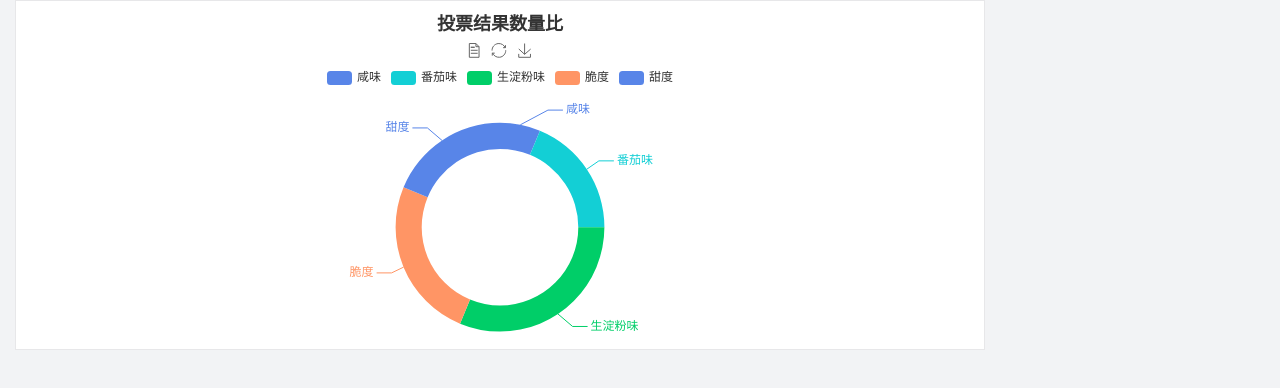
Repository: R1Deemo/vote_system
Page: web/home/results.html
An editor plug-in stored every save of this project. The page is shown before and after the next save, followed by the edit.
The browser window is 1280 px wide. The pictures show the whole page.

Above is the page before, as saved 2022-11-07 09:57:01.

### web/home/results.html
<!DOCTYPE html>
<html lang="en">

<head>
    <meta charset="UTF-8">
    <meta http-equiv="X-UA-Compatible" content="IE=edge">
    <meta name="viewport" content="width=device-width, initial-scale=1.0">
    <title>Document</title>
    <link rel="stylesheet" href="../../web/assets/lib/bootstrap.css" />
    <link rel="stylesheet" href="../../web/assets/lib/main.css" />
    <script src="../../web/assets/lib/jquery.js"></script>
    <script type="text/javascript" src="../../web/assets/lib/echarts.min.js"></script>
</head>

<body>
    <div class="container-fluid">
        <div class="row curve-pie">

            <div class="col-lg-4 col-md-4" style="width:1000px ;">
                <div class="gragh_pannel" id="pie_show"></div>
            </div>
        </div>
    </div>
    <script>
        var oPie = echarts.init(document.getElementById('pie_show'));
        var oPieopt = {
            title: {
                top: 10,
                text: '投票结果数量比',
                x: 'center'
            },
            tooltip: {
                trigger: 'item',
                formatter: "{a} <br/>{b} : {c} ({d}%)"
            },
            color: ['#5885e8', '#13cfd5', '#00ce68', '#ff9565'],
            legend: {
                x: 'center',
                top: 65,
                data: ['咸味', '番茄味', '生淀粉味', '脆度', '甜度']
            },
            toolbox: {
                show: true,
                x: 'center',
                top: 35,
                feature: {
                    mark: {
                        show: true
                    },
                    dataView: {
                        show: true,
                        readOnly: false
                    },
                    magicType: {
                        show: true,
                        type: ['pie', 'funnel'],
                        option: {
                            funnel: {
                                x: '25%',
                                width: '50%',
                                funnelAlign: 'left',
                                max: 1548
                            }
                        }
                    },
                    restore: {
                        show: true
                    },
                    saveAsImage: {
                        show: true
                    }
                }
            },
            calculable: true,
            series: [{

                name: '访问来源',
                type: 'pie',
                radius: ['45%', '60%'],
                center: ['50%', '65%'],
                data: [{
                    value: 1,
                    name: '咸味'
                }, {
                    value: 3,
                    name: '番茄味'
                }, {
                    value: 5,
                    name: '生淀粉味'
                }, {
                    value: 4,
                    name: '脆度'
                }, {
                    value: 3,
                    name: '甜度'
                }]
            }]
        };
        oPie.setOption(oPieopt);
    </script>
</body>

</html>

Loaded but not shown: web/assets/lib/bootstrap.css (library); web/assets/lib/main.css (library); web/assets/lib/jquery.js (library); web/assets/lib/echarts.min.js (library)

After the next save:
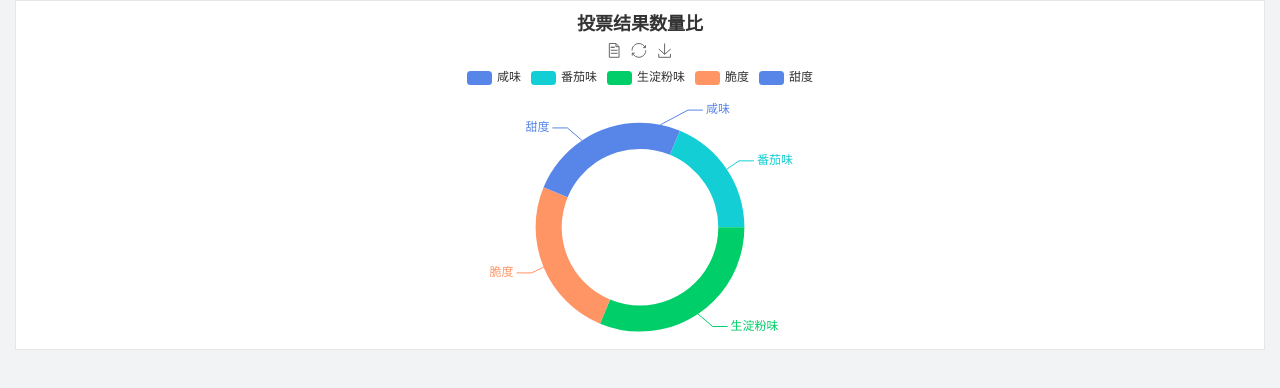
Saved 2 min 35 s later.
--- a/web/home/results.html
+++ b/web/home/results.html
@@ -16,7 +16,7 @@
     <div class="container-fluid">
         <div class="row curve-pie">
 
-            <div class="col-lg-4 col-md-4" style="width:1000px ;">
+            <div class="col-lg-4 col-md-4" style="width:100% ;">
                 <div class="gragh_pannel" id="pie_show"></div>
             </div>
         </div>
